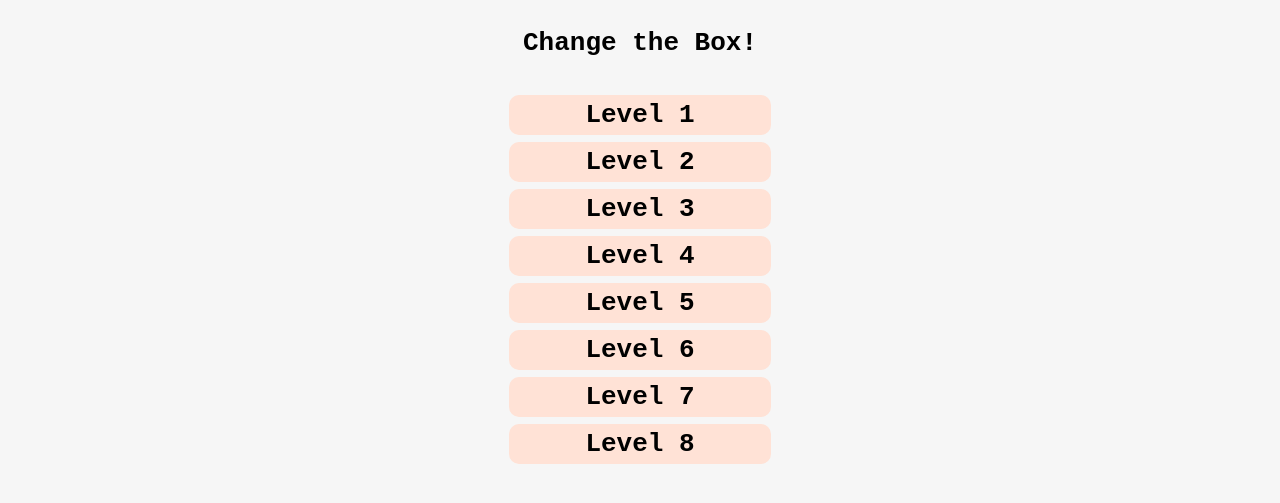
Repository: ErikKrak/LightBox
Page: index.html
An editor plug-in stored every save of this project. The page is shown before and after the next save, followed by the edit.
The browser window is 1280 px wide. The pictures show the whole page.
After loading, the first visible `#start_button` was clicked once.

Above is the page before, as saved 2020-07-25 23:12:11.

After the next save:
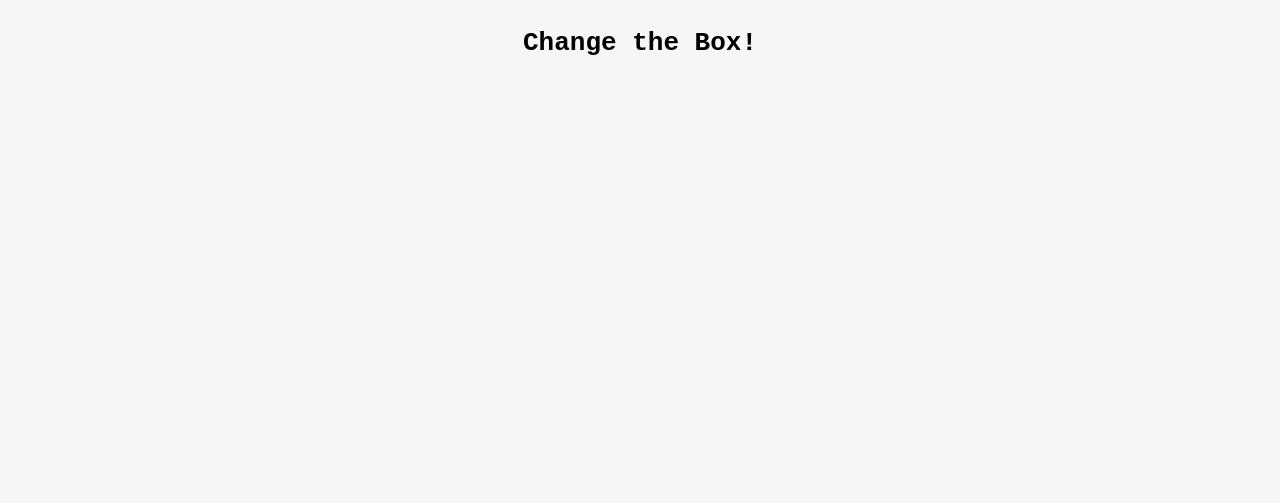
Console error: TypeError: Cannot set properties of undefined (setting 'text')
Saved 20 s later.
--- a/code/js/game.js
+++ b/code/js/game.js
@@ -7,7 +7,7 @@
     }
 
     //TODO: automatisiert Zahl hochzählen und eintragen
-    newButton(level1_button = "level1_button", level1_text = "Level 1", "level", this.text = level1_text);
+    newButton(level1_button = "level1_button", level1_text = "Level 1", "level", this.button.text = level1_text);
     document.getElementById(level1_button).addEventListener("mousedown", function () {
         buttons();
         Init(levels.lvl1);

After the save that followed:
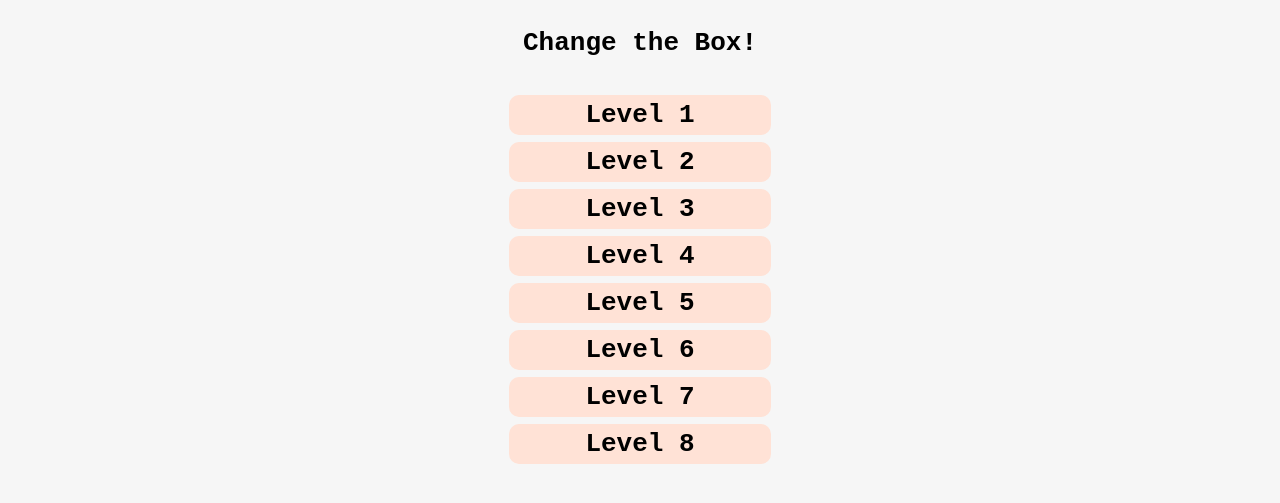
The error is gone.
Saved 12 s later.
--- a/code/js/game.js
+++ b/code/js/game.js
@@ -7,7 +7,7 @@
     }
 
     //TODO: automatisiert Zahl hochzählen und eintragen
-    newButton(level1_button = "level1_button", level1_text = "Level 1", "level", this.button.text = level1_text);
+    newButton(level1_button = "level1_button", level1_text = "Level 1", "level", this.text = level1_text);
     document.getElementById(level1_button).addEventListener("mousedown", function () {
         buttons();
         Init(levels.lvl1);
